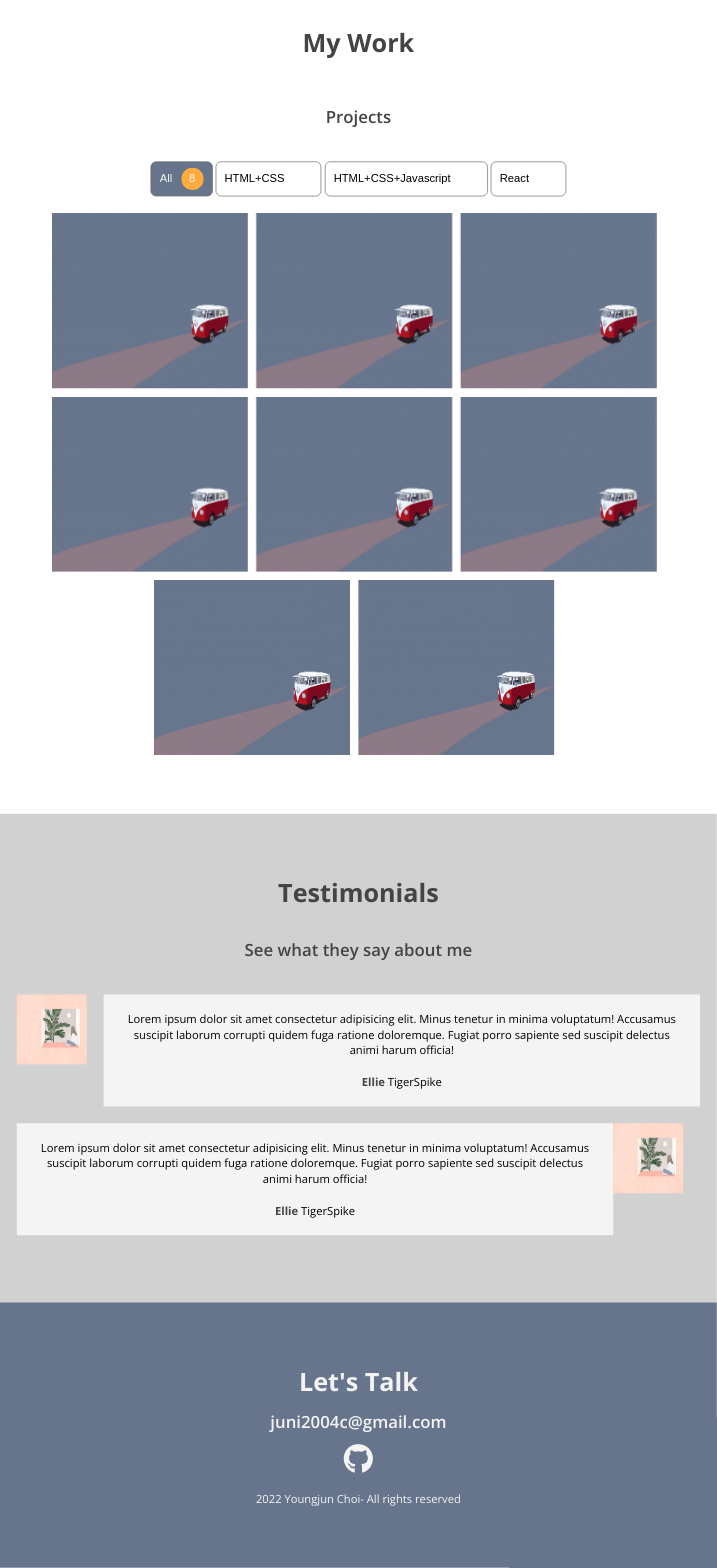
Repository: choi2021/portfolio-vanillaJS
Page: index.html
These files come from the project's save history. The page is drawn as it stood at one moment and after the next save; the edit follows.
The browser window is 1024 px wide. The pictures show the part of the page from y = 2331 to 4571 px (the page is 4571 px tall), at 70% of full size.
Some web libraries are served in a nearby version.

Above is the page before, as saved 2022-01-08 15:22:26.

### index.html
<!DOCTYPE html>
<html lang="en">

<head>
  <meta charset="UTF-8">
  <meta http-equiv="X-UA-Compatible" content="IE=edge">
  <meta name="viewport" content="width=device-width, initial-scale=1.0">
  <title>Youngjun's Portfolio</title>
  <meta name="description" content="Front-end developer Youngjun">
  <meta name="author" content="Youngjun ">
  <link rel="icon" href="public/favicon.png" type="public/png">
  <link rel="stylesheet" href="style.css">
  <script src="main.js" defer></script>
  <script src="https://kit.fontawesome.com/a6a726722e.js" crossorigin="anonymous"></script>
  <link href="https://fonts.googleapis.com/css2?family=Open+Sans:wght@400;600;700&display=swap" rel="stylesheet">
</head>

<body>
  <!-- Navbar -->
  <nav class="navbar">
    <div class="navbar__logo">
      <img src="public/favicon.png" alt="logo">
      <a href="#">YOUNGJUN</a>
    </div>
    <ul class="navbar__menu">
      <li class="navbar__menu__item active">Home</li>
      <li class="navbar__menu__item">About</li>
      <li class="navbar__menu__item">Skills</li>
      <li class="navbar__menu__item">My work</li>
      <li class="navbar__menu__item">Testimonial</li>
      <li class="navbar__menu__item">Contact</li>
    </ul>
    <button class="navbar__toggleBtn">
      <i class="fas fa-bars"></i>
    </button>
  </nav>
  <!-- Home -->
  <section class="home">
    <img class="home__avatar" src="public/profile.jpg" alt="home-img">
    <h1 class="title">Hello <br> I'm Yougnjun Choi</h1>
    <h3 class="description">매일 매일 부족한 걸 채워가는 프론트엔드 개발자</h3>
    <button class="home__contact">contact me</button>
  </section>
  <!-- About -->
  <section class="about section">
    <div class="section__container">
      <h1 class="title">About me</h1>
      <p class="description">Lorem ipsum dolor sit amet consectetur adipisicing elit. Quidem adipisci sint voluptate
        odit, molestias debitis aliquam nihil magni a corporis consectetur minus vero qui suscipit dolorum natus
        nesciunt
        expedita? Sit!</p>
      <ul class="about__stacks">
        <li class="stack">
          <div class="stack__icon">
            <i class="fab fa-html5"></i>
          </div>
          <div class="stack__title">Front-end basic</div>
          <div class="stack__description">HTML, CSS, Javascript</div>
        </li>
        <li class="stack">
          <div class="stack__icon">
            <i class="fab fa-react"></i>
          </div>
          <div class="stack__title">React</div>
          <div class="stack__description">Javascript Library</div>
        </li>
      </ul>
      <div class="about__experience">
        <img src="public/gist_logo.jpg" alt="">
        <div class="experience__description">
          <div class="experience__name">Undergraduate chemistry major</div>
          <div class="experience__term">2016 March - 2022 Feb</div>
        </div>
      </div>
    </div>
  </section>
  <!-- Skills -->
  <section class="skills section">
    <div class="section__container">
      <h1 class="title">Skills</h1>
      <h2 class="sub_title">Skills & Attributes</h2>
      <p class="description">Lorem ipsum dolor sit amet, consectetur adipisicing elit. Harum cupiditate magnam modi
        eius? Soluta,
        quidem sed dicta animi maiores nemo laudantium dolores aliquam, molestias suscipit id accusantium unde
        temporibus
        nostrum.</p>
      <div class="skillset">
        <div class="skillset__left">
          <h3 class="skillset__title">Skills</h3>
          <div class="skill">
            <div class="skill__description">
              <span class="description__name">HTML</span>
              <span class="description__figure">80%</span>
            </div>
            <div class="skill__bar">
              <div class="skill__value" style="width: 80%"></div>
            </div>
          </div>
          <div class="skill">
            <div class="skill__description">
              <span class="description__name">CSS</span>
              <span class="description__figure">60%</span>
            </div>
            <div class="skill__bar">
              <div class="skill__value" style="width: 60%"></div>
            </div>
          </div>
          <div class="skill">
            <div class="skill__description">
              <span class="description__name">Javascript</span>
              <span class="description__figure">40%</span>
            </div>
            <div class="skill__bar">
              <div class="skill__value" style="width: 40%"></div>
            </div>
          </div>
          <div class="skill">
            <div class="skill__description">
              <span class="description__name">React</span>
              <span class="description__figure">10%</span>
            </div>
            <div class="skill__bar">
              <div class="skill__value" style="width:10%"></div>
            </div>
          </div>
        </div>
        <div class="skillset__right">
          <section class="tools">
            <h3 class="tools__title">Tools</h3>
            <ul class="tools__list">
              <li>
                <span>Visual Studio</span>
              </li>
            </ul>
          </section>
          <section class="etc">
            <h3 class="skillset__title">Etc</h3>
            <ul class="etc__list">
              <li>
                <span>Git</span>
              </li>
            </ul>
          </section>
        </div>
      </div>
    </div>
  </section>
  <section class="work section">
    <div class="section__container">
      <h1 class="title">My Work</h1>
      <h2 class="description">Projects</h2>
      <div class="work__categories">
        <button class="category__btn active">
          All
          <span class="category__count">8</span>
        </button>
        <button class="category__btn">HTML+CSS<span class="category__count">3</span></button>
        <button class="category__btn">HTML+CSS+Javascript<span class="category__count">3</span></button>
        <button class="category__btn">React<span class="category__count">2</span></button>
      </div>
      <div class="work__projects">
        <a href="#" class="project">
          <img src="public/background.jpg" alt="">
          <div class="project__description">
            <h3>Youtube UI</h3>
            <span>Clone coding with HTML and CSS</span>
          </div>
        </a>
        <a href="#" class="project">
          <img src="public/background.jpg" alt="">
          <div class="project__description">
            <h3>Youtube UI</h3>
            <span>Clone coding with HTML and CSS</span>
          </div>
        </a>
        <a href="#" class="project">
          <img src="public/background.jpg" alt="">
          <div class="project__description">
            <h3>Youtube UI</h3>
            <span>Clone coding with HTML and CSS</span>
          </div>
        </a>
        <a href="#" class="project">
          <img src="public/background.jpg" alt="">
          <div class="project__description">
            <h3>Youtube UI</h3>
            <span>Clone coding with HTML and CSS</span>
          </div>
        </a>
        <a href="#" class="project">
          <img src="public/background.jpg" alt="">
          <div class="project__description">
            <h3>Youtube UI</h3>
            <span>Clone coding with HTML and CSS</span>
          </div>
        </a>
        <a href="#" class="project">
          <img src="public/background.jpg" alt="">
          <div class="project__description">
            <h3>Youtube UI</h3>
            <span>Clone coding with HTML and CSS</span>
          </div>
        </a>
        <a href="#" class="project">
          <img src="public/background.jpg" alt="">
          <div class="project__description">
            <h3>Youtube UI</h3>
            <span>Clone coding with HTML and CSS</span>
          </div>
        </a>
        <a href="#" class="project">
          <img src="public/background.jpg" alt="">
          <div class="project__description">
            <h3>Youtube UI</h3>
            <span>Clone coding with HTML and CSS</span>
          </div>
        </a>
      </div>
    </div>
  </section>
  <section class="testimonials section">
    <div class="section__container">
      <h1 class="title">Testimonials</h1>
      <h2 class="description">See what they say about me</h2>
      <div class="testimonialset">
        <div class="testimonial">
          <img class="testimonial__avatar" src="public/background2.jpg" alt="">
          <div class="testimonial__speech-bubble">
            <span>Lorem ipsum dolor sit amet consectetur adipisicing elit. Minus tenetur in minima voluptatum! Accusamus
              suscipit laborum corrupti quidem fuga ratione doloremque. Fugiat porro sapiente sed suscipit delectus
              animi
              harum officia!</span>
            <div class="name-and-company">
              <span class="name"><a href="#"> Ellie</a></span>
              <span class="companay">TigerSpike</span>
            </div>
          </div>
        </div>
        <div class="testimonial">
          <div class="section__container"></div>
          <div class="testimonial__speech-bubble">
            <span>Lorem ipsum dolor sit amet consectetur adipisicing elit. Minus tenetur in minima voluptatum! Accusamus
              suscipit laborum corrupti quidem fuga ratione doloremque. Fugiat porro sapiente sed suscipit delectus
              animi
              harum officia!</span>
            <div class="name-and-company">
              <span class="name"><a href="#"> Ellie</a></span>
              <span class="companay">TigerSpike</span>
            </div>
          </div>
          <img class="testimonial__avatar" src="public/background2.jpg" alt="">
        </div>
      </div>
    </div>

  </section>
  <section class="contact section">
    <h1 class="title">Let's Talk</h1>
    <h2 class="contact__email">juni2004c@gmail.com</h2>
    <div class="contact__links">
      <a href="#">
        <i class="fab fa-github"></i>
      </a>
    </div>
    <p class="contact__rights">2022 Youngjun Choi- All rights reserved</p>
  </section>
</body>

</html>

### style.css
:root {
  /* color */
  --white-color: #f4f4f4;
  --blue-color: #69a0c7;
  --light-yellow-color: #fff6cb;
  --deep-yellow-color: #feac3e;
  --pink-color: #fd8682;
  --black-color: #444444;
  --dark-gray-color: #565656;
  --dim-gray-color: #706f6d;
  --light-gray-color: #d1d1d1;
  --dark-red-color: #8c7a86;
  --dark-blue-color: #67758c;

  /* Space */
  --base-space: 36px;

  /* Font weight */
  --weight-bold: 700;
  --weight-semi-bold: 600;
  --weight-regular: 400;

  /* Font-size */
  --font-large: 48px;
  --font-medium: 28px;
  --font-regular: 18px;
  --font-small: 16px;

  /* size */
  --count-size: 32px;
  --border-size: 8px;
  --logo-size: 43px;
  --avatar-size: 350px;
  --stack-size: 180px;
  --project-width: 280px;
  --project-height: 250px;
  --testimonial-size: 250px;
}

/* Universal tags */
* {
  box-sizing: border-box;
}

h1 {
  font-size: var(--font-large);
  font-weight: var(--weight-bold);
  color: var(--black-color);
  margin: 16px 0px;
}

h2 {
  font-size: var(--font-medium);
  font-weight: var(--weight-semi-bold);
  color: var(--black-color);
  margin: 8px 0px;
}

body {
  margin: 0;
  font-family: "Open Sans", sans-serif;
}

ul {
  list-style: none;
  padding-left: 0;
}

a {
  text-decoration: none;
  color: var(--black-color);
}

button {
  border: none;
  outline: none;
  background-color: transparent;
  cursor: pointer;
}

/* navbar */

.navbar {
  display: flex;
  justify-content: space-between;
  align-items: center;
  background-color: transparent;
  font-size: var(--font-medium);
  position: fixed;
  top: 0;
  width: 100%;
  padding: 12px var(--base-space);
}

.navbar.withBGColor {
  background-color: var(--dark-blue-color);
}

.navbar__logo {
  display: flex;
}

.navbar__logo img {
  width: var(--logo-size);
  height: var(--logo-size);
  margin-right: calc(0.4 * var(--base-space));
}

.navbar__logo a {
  font-size: var(--font-medium);
  font-weight: var(--weight-semi-bold);
  color: var(--white-color);
}

.navbar__menu {
  display: flex;
  padding-left: 0;
}

.navbar__menu__item {
  padding: 8px 12px;
  font-size: var(--font-regular);
  cursor: pointer;
  border: 2px transparent solid;
  border-radius: var(--border-size);
  color: var(--white-color);
  margin-right: var(--base-space);
}

.navbar__menu__item:hover {
  border: 2px white solid;
}

.navbar__menu__item.active {
  background-color: var(--white-color);
  color: var(--dark-blue-color);
}

.navbar__toggleBtn {
  display: none;
  position: absolute;
  top: 12px;
  right: 24px;
  font-size: var(--font-medium);
  color: var(--blue-color);
}

/* Home */

.home {
  padding: calc(3 * var(--base-space)) var(--base-space);
  background: url(./public/background.jpg) no-repeat center/cover;
  text-align: center;
}

.home__avatar {
  width: var(--avatar-size);
  height: var(--avatar-size);
  border-radius: 50%;
  border: 1px white solid;
}

.home .title {
  font-size: var(--font-large);
  font-weight: var(--weight-bold);
  text-align: center;
  color: var(--white-color);
}

.home .description {
  padding-top: calc(2 * var(--base-space));
  font-size: var(--font-medium);
  color: var(--white-color);
}

.home__contact {
  font-size: var(--font-regular);
  font-weight: var(--weight-bold);
  color: var(--white-color);
  text-transform: capitalize;
  padding: calc(0.25 * var(--base-space));
  border: solid var(--white-color) 2px;
  border-radius: var(--border-size);
}

.home__contact:hover {
  background-color: var(--white-color);
  color: var(--dark-blue-color);
}

.section {
  padding: calc(3 * var(--base-space)) var(--base-space);
  text-align: center;
}

.section__container {
  max-width: 1200px;
  margin: auto;
}

.about .description {
  width: 85%;
  margin: auto;
  padding-top: calc(2 * var(--base-space));
  font-size: var(--font-medium);
  text-align: center;
  color: var(--black-color);
  margin-bottom: calc(2 * var(--base-space));
}

.about__stacks {
  display: flex;
  justify-content: space-around;
  padding-left: 0;
  margin: calc(3 * var(--base-space)) 0;
}

.stack {
  font-size: var(--font-medium);
  display: flex;
  flex-direction: column;
  align-items: center;
  text-align: center;
}

.stack__icon {
  font-size: calc(0.7 * var(--stack-size));
  width: var(--stack-size);
  height: var(--stack-size);
  display: flex;
  justify-content: center;
  align-items: center;
  color: var(--blue-color);
  border: 2px solid var(--blue-color);
  border-radius: 50%;
  margin-bottom: var(--base-space);
  transition: transform 300ms ease-in;
}

.stack__icon:hover {
  transform: rotate(45deg);
  color: var(--dark-blue-color);
  border: 2px solid var(--dark-blue-color);
}

.about__experience {
  display: flex;
  justify-content: center;
  width: 50%;
  margin: auto;
}

.about__experience img {
  width: var(--logo-size);
  height: var(--logo-size);
  margin-right: var(--base-space);
}

.skills {
  background-color: var(--light-yellow-color);
}

.skills .sub_title {
  font-size: var(--font-medium);
  font-weight: var(--weight-bold);
  text-align: center;
  color: var(--black-color);
}

.skills .description {
  width: 85%;
  margin: auto;
  padding-top: calc(2 * var(--base-space));
  font-size: var(--font-medium);
  text-align: center;
  color: var(--black-color);
  margin-bottom: calc(2 * var(--base-space));
}

.skillset {
  display: flex;
  background-color: var(--black-color);
}

.skillset__left {
  flex-basis: 60%;
  display: flex;
  color: var(--white-color);
  flex-direction: column;
  align-items: center;
  padding: var(--base-space);
}

.skillset__title {
  font-size: var(--font-regular);
}

.skill {
  width: 100%;
  margin-bottom: var(--base-space);
}

.skill__description {
  width: 100%;
  font-size: var(--font-small);
  display: flex;
  justify-content: space-between;
}

.skill__bar {
  height: 3px;
  background-color: var(--dim-gray-color);
}

.skill__value {
  height: 3px;
  background-color: var(--deep-yellow-color);
}

.skillset__right {
  flex-basis: 40%;
  display: flex;
  flex-direction: column;
  margin: 0;
  text-align: center;
}

.tools {
  background-color: var(--dark-gray-color);
  width: 100%;
  height: 50%;
  color: var(--white-color);
}

.etc {
  background-color: var(--dim-gray-color);
  padding-left: 0;
  height: 50%;
  color: var(--white-color);
}

.tools__list,
.etc__list {
  padding-left: 0;
}

.work .description {
  width: 85%;
  margin: auto;
  padding-top: calc(2 * var(--base-space));
  color: var(--black-color);
  margin-bottom: calc(2 * var(--base-space));
}

.work__categories {
  margin-bottom: var(--base-space);
}

.category__btn {
  font-size: var(--font-regular);
  padding: 8px 12px;
  border: 1px solid var(--dim-gray-color);
  border-radius: var(--border-size);
}

.category__btn.active {
  color: var(--white-color);
  background-color: var(--dark-blue-color);
}

.category__count {
  display: inline-block;
  font-size: var(--font-regular);
  border-radius: 50%;
  width: var(--count-size);
  height: var(--count-size);
  line-height: 32px;
  background-color: var(--deep-yellow-color);
  margin-left: 8px;
  position: relative;
  top: -40px;
  left: 4px;
  opacity: 0;
  transition: all 300ms ease-in;
}
.category__btn.active .category__count,
.category__btn:hover .category__count {
  opacity: 1;
  top: 0;
  left: 0;
}

.work__projects {
  display: flex;
  justify-content: center;
  flex-wrap: wrap;
  width: 100%;
}

.project {
  position: relative;
  width: var(--project-width);
  height: var(--project-height);
  margin-right: calc(0.5 * var(--base-space));
  margin-bottom: calc(0.5 * var(--base-space));
}

.project img {
  width: 100%;
  height: 100%;
}

.project__description {
  background-color: var(--light-yellow-color);
  position: absolute;
  top: 0;
  left: 0;
  width: 100%;
  height: 100%;
  display: flex;
  flex-direction: column;
  justify-content: center;
  opacity: 0;
  transform: translate(0, 10px);
  transition: all 300ms ease-in-out;
}

.project__description:hover {
  opacity: 0.9;
  transform: translate(0, 0);
}

.project__description h3::after {
  display: block;
  margin: auto;
  content: "";
  width: 125px;
  height: 2px;
  background-color: var(--dim-gray-color);
}

.project__description span {
  font-size: var(--font-small);
}

/* Testimonial */

.testimonials {
  background-color: var(--light-gray-color);
}

.testimonials .description {
  max-width: 1200px;
  padding-top: calc(var(--base-space));
  font-size: var(--font-medium);
  color: var(--black-color);
  margin-bottom: calc(2 * var(--base-space));
}

.testimonialset {
  display: flex;
  flex-direction: column;
}

.testimonial {
  display: flex;
  margin-bottom: var(--base-space);
}

.testimonial__avatar:nth-child(odd) {
  margin-right: 24px;
}

.testimonial__avatar :nth-child(even) {
  margin-left: 24px;
}

.testimonial__avatar {
  width: var(--testimonial-size);
  height: var(--testimonial-size);
}

.testimonial__speech-bubble {
  background-color: var(--white-color);
  padding: var(--base-space);
  font-size: var(--font-regular);
  text-align: center;
}

.testimonial__speech-bubble .name-and-company {
  margin-top: var(--base-space);
}

.testimonial__speech-bubble .name {
  font-weight: var(--weight-bold);
}

/* contact */
.contact {
  background-color: var(--dark-blue-color);
}

.contact .title,
.contact__email,
.contact__rights {
  color: var(--white-color);
}

.contact .title {
  font-size: var(--font-large);
}

.contact__email {
  font-size: var(--font-medium);
}

.contact__links {
  color: var(--white-color);
}

.contact__links a {
  font-size: var(--logo-size);
  color: var(--white-color);
}

.contact__links a i {
  transition: transform 300ms ease-in-out;
}

.contact__links a i:hover {
  transform: scale(1.1);
}

.contact__rights {
  font-size: var(--font-regular);
}

@media screen and (min-width: 768px) and (max-width: 1070px) {
  :root {
    /* Space */
    --base-space: 24px;

    /* Font weight */
    --weight-bold: 700;
    --weight-semi-bold: 600;
    --weight-regular: 400;

    /* Font-size */
    --font-large: 36px;
    --font-medium: 24px;
    --font-regular: 16px;
    --font-small: 12px;

    /* size */
    --count-size: 32px;
    --border-size: 8px;
    --logo-size: 43px;
    --avatar-size: 250px;
    --stack-size: 180px;
    --project-width: 280px;
    --project-height: 250px;
    --testimonial-size: 100px;
  }

  .navbar {
    flex-direction: column;
    align-items: flex-start;
  }

  .navbar__menu {
    flex-direction: column;
    width: 100%;
    text-align: center;
    display: none;
  }

  .navbar__toggleBtn {
    display: block;
    position: absolute;
    cursor: pointer;
  }
}

@media screen and (max-width: 768px) {
  :root {
    /* Space */
    --base-space: 24px;

    /* Font weight */
    --weight-bold: 700;
    --weight-semi-bold: 600;
    --weight-regular: 400;

    /* Font-size */
    --font-large: 36px;
    --font-medium: 24px;
    --font-regular: 16px;
    --font-small: 12px;

    /* size */
    --count-size: 32px;
    --border-size: 8px;
    --logo-size: 43px;
    --avatar-size: 250px;
    --stack-size: 180px;
    --project-width: 280px;
    --project-height: 250px;
    --testimonial-size: 80px;
  }
  .navbar {
    flex-direction: column;
    align-items: flex-start;
  }

  .navbar__menu {
    flex-direction: column;
    width: 100%;
    text-align: center;
    display: none;
  }

  .navbar__toggleBtn {
    display: block;
    position: absolute;
    cursor: pointer;
  }

  .about__stacks {
    flex-direction: column;
  }

  .stack {
    margin-bottom: var(--base-space);
  }

  .skillset {
    flex-direction: column;
  }

  .category__btn {
    padding: 4px 8px;
  }

  .project {
    flex-grow: 1;
  }
}

### main.js
// navbar background color
const navbar = document.querySelector(".navbar");
const navbarInfo = navbar.getBoundingClientRect();
console.log(navbarInfo.height);

document.addEventListener("scroll", (e) => {
  const positionY = window.scrollY;
  if (positionY > navbarInfo.height) {
    navbar.classList.add("withBGColor");
  } else {
    navbar.classList.remove("withBGColor");
  }
});

After the next save:
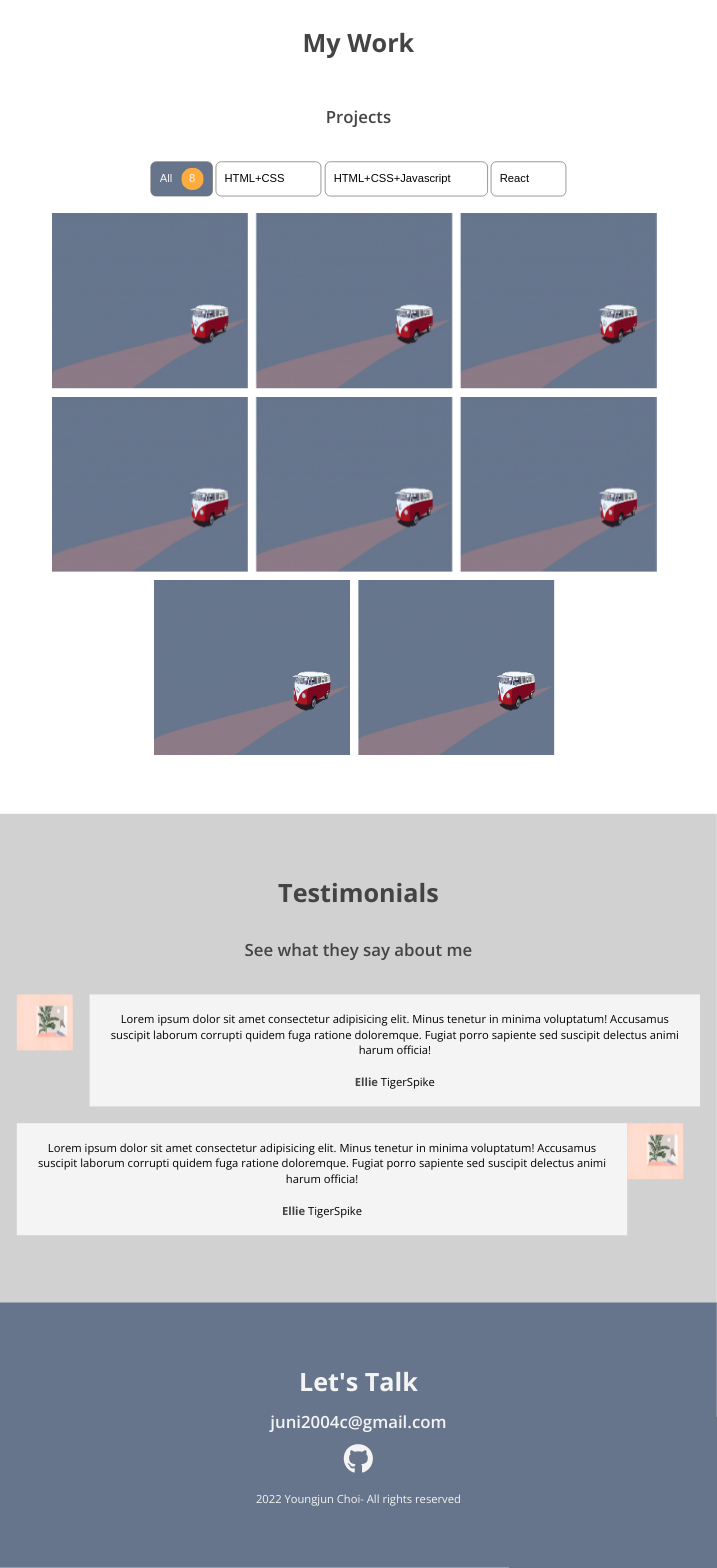
Saved 4 s later.
--- a/style.css
+++ b/style.css
@@ -559,7 +559,7 @@ button {
     --stack-size: 180px;
     --project-width: 280px;
     --project-height: 250px;
-    --testimonial-size: 100px;
+    --testimonial-size: 80px;
   }
 
   .navbar {
